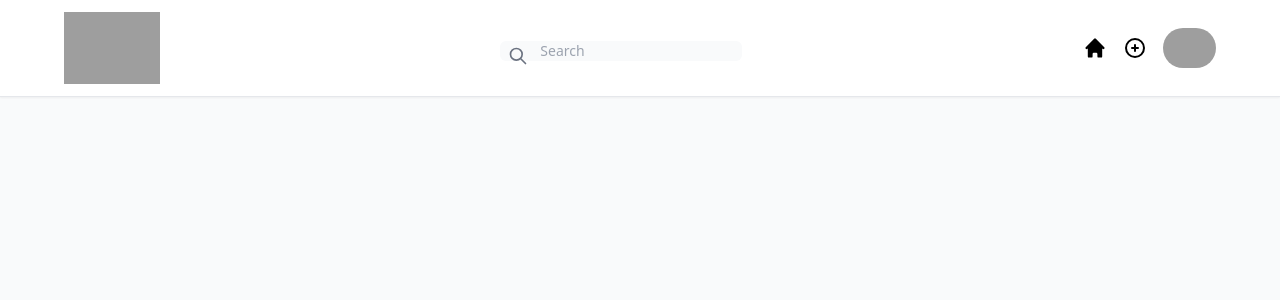
Repository: Mardoqueu/insta-v1
Page: /
An editor plug-in stored every save of this project. The page is shown before and after the next save, followed by the edit.
The browser window is 1280 px wide. The pictures show the whole page.
Pictures or frames that could not be fetched are drawn as grey boxes. The project was rebuilt for these pictures with package versions that can differ from the ones it lists, and the page was loaded fresh each time. The framework's server and built-in components were replaced by stand-ins that run in the browser. Also part of the build but not shown: next.config.js, styles/Home.module.css.

Above is the page before, as saved 2022-08-25 11:10:46.

After the next save:
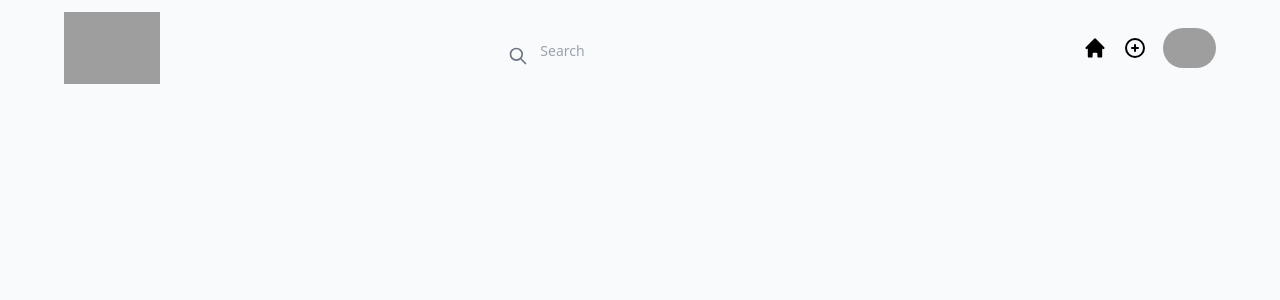
Saved 9 s later.
--- a/pages/components/Header.js
+++ b/pages/components/Header.js
@@ -4,7 +4,6 @@
 import {HomeIcon} from "@heroicons/react/solid"
 export default function Header() {
   return (
-    <div className="shadow-sm border-b sticky top-0 bg-white z-30">
       <div className="flex items-center justify-between max-w-6xl mx-4 xl:mx-auto">
         {/* Left */}
         <div className="cursor-pointer h-24 w-24 relative hidden lg:inline-grid">
@@ -38,6 +37,5 @@
         <img src="https://media-exp1.licdn.com/dms/image/C4E03AQF1Icbg9ibKSQ/profile-displayphoto-shrink_800_800/0/1656524327808?e=1666828800&v=beta&t=qOGUdHrse_LvKkpyy9nUz7tCnRiXEGOzRBQ0KfwyR1o" alt="user-img" className="h-10 rounded-full cursor-pointer" />
       </div>
       </div>
-    </div>
   );
 }

After the save that followed:
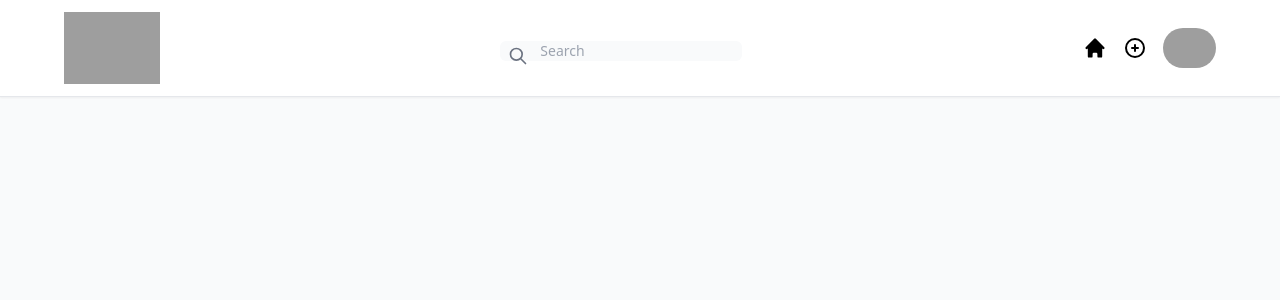
Saved 2 s later.
--- a/pages/components/Header.js
+++ b/pages/components/Header.js
@@ -4,6 +4,7 @@
 import {HomeIcon} from "@heroicons/react/solid"
 export default function Header() {
   return (
+    <div className="shadow-sm border-b sticky top-0 bg-white z-30">
       <div className="flex items-center justify-between max-w-6xl mx-4 xl:mx-auto">
         {/* Left */}
         <div className="cursor-pointer h-24 w-24 relative hidden lg:inline-grid">
@@ -37,5 +38,6 @@
         <img src="https://media-exp1.licdn.com/dms/image/C4E03AQF1Icbg9ibKSQ/profile-displayphoto-shrink_800_800/0/1656524327808?e=1666828800&v=beta&t=qOGUdHrse_LvKkpyy9nUz7tCnRiXEGOzRBQ0KfwyR1o" alt="user-img" className="h-10 rounded-full cursor-pointer" />
       </div>
       </div>
+    </div>
   );
 }
